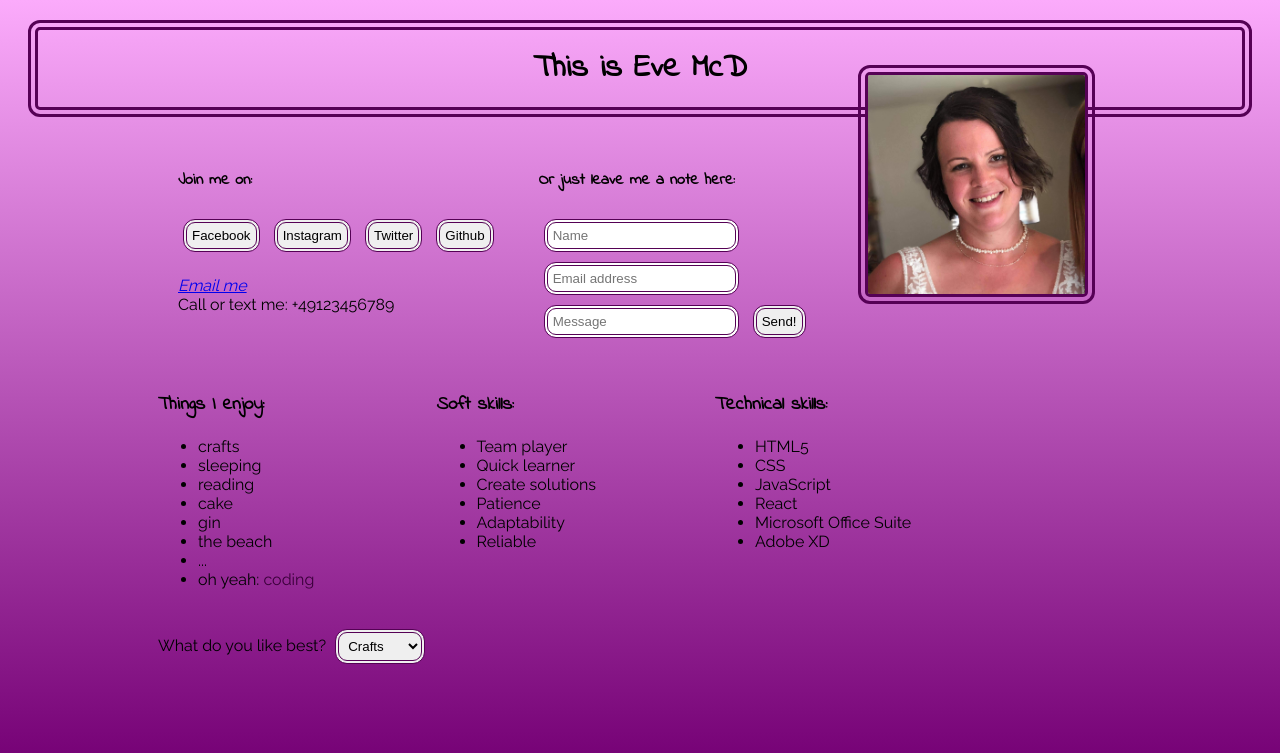
Repository: evemcd/Strive-Ignite-W1
Page: index.html
An editor plug-in stored every save of this project. The page is shown before and after the next save, followed by the edit.
The browser window is 1280 px wide. The pictures show the whole page.

Above is the page before, as saved 2021-01-17 23:13:13.

### index.html
<!DOCTYPE html>
<html>

<head>
    <title>Eve McDermott</title>
    <link rel="stylesheet" href="styles.css" />
    <link rel="preconnect" href="https://fonts.gstatic.com">
    <link rel="preconnect" href="https://fonts.gstatic.com">
    <link href="https://fonts.googleapis.com/css2?family=Indie+Flower&family=Raleway&display=swap" rel="stylesheet">
    <meta name="viewport" content="width=device-width, initial-scale=1.0">
</head>

<body>
    <div>
        <div class="header-title">
            <h1>This is Eve McD</h1>
        </div>
        <img src="Eve.jpg" class="header-image" alt="photo of Eve McD" />
    </div>
    <div class="container">
        <div class="div1">
            <h4>Join me on:</h4>
            <input type="button" href="www.facebook.com" value="Facebook" class="socialbutton" />
            <input type="button" href="www.instagram.com" value="Instagram" class="socialbutton" />
            <input type="button" href="www.twitter.com" value="Twitter" class="socialbutton" />
            <input type="button" href="www.github.com" value="Github" class="socialbutton" />
            <br><br>
            <address>
                <a href="mailto:eve@mcdermott.com">Email me </a>
            </address>
            Call or text me: +49123456789
            </p>
        </div>
        <div class="div1">
            <form>
                <h4>Or just leave me a note here:</h4>
                <input type="text" placeholder="Name" class="socialbutton" /><br>
                <input type="email" placeholder="Email address" class="socialbutton" /><br>
                <input type="text" placeholder="Message" class="socialbutton" />
                <input type="button" value="Send!" class="socialbutton" />
            </form>
        </div>
    </div>
    <section class="container-skills">
        <div class="div2">
            <h3>Things I enjoy:</h3>
            <ul>
                <li>crafts</li>
                <li>sleeping</li>
                <li>reading</li>
                <li>cake</li>
                <li>gin</li>
                <li>the beach</li>
                <li>...</li>
                <li>oh yeah: <span style="color: rgb(59, 0, 59);">coding</span></li>
            </ul><br>
            <label for="hobbies">What do you like best?</label>
            <select name="hobbies" id="hobbies" class="socialbutton">
                <option value="crafts">Crafts</option>
                <option value="sleeping">Sleeping</option>
                <option value="reading">Reading</option>
                <option value="cake">Cake</option>
                <option value="gin">Gin</option>
                <option value="beach">Beach</option>
                <option value="coding">Coding</option>
            </select>
        </div>
        <div class="div2">
            <h3>Soft skills:</h3>
            <ul>
                <li>Team player</li>
                <li>Quick learner</li>
                <li>Create solutions</li>
                <li>Patience</li>
                <li>Adaptability</li>
                <li>Reliable</li>
            </ul>
        </div>
        <div class="div2">
            <h3>Technical skills:</h3>
            <ul>
                <li>HTML5</li>
                <li>CSS</li>
                <li>JavaScript</li>
                <li>React</li>
                <li>Microsoft Office Suite</li>
                <li>Adobe XD</li>
            </ul>
        </div>
    </section>
    <br><br><br><br>

</body>

</html>

### styles.css
body {
    background: rgb(251, 171, 251);
    background: linear-gradient(180deg, rgba(251, 171, 251, 1) 0%, rgba(119, 3, 119, 1) 100%);
    font-family: Raleway;
}

.div1 {
    display: inline-block;
    /* width: 40%; */
    vertical-align: top;
    margin: 0px 20px 0px 20px;
}

.div2 {
    width: 25%;
}

.container {
    display: flex;
    flex-flow: column wrap;
    flex-direction: row;
    justify-content: flex-start;
    margin: 30px 0px 0px 150px;
}

.container-skills {
    display: flex;
    flex-flow: column wrap;
    flex-direction: row;
    justify-content: flex-start;
    margin: 30px 0px 0px 150px;
}

h1 {
    padding: 15px;
    margin: 20px;
    border: 10px double rgb(85, 1, 85);
    border-radius: 12px;
    text-align: center;
}

h1,
h2,
h3,
h4,
h5,
h6 {
    font-family: Indie Flower;
}

.textcenter {
    text-align: center;
}

.header-image {
    width: 17%;
    position: absolute;
    top: 9%;
    left: 67%;
    border: 10px double rgb(85, 1, 85);
    border-radius: 12px;
}

.socialbutton {
    border: 4px double rgb(85, 1, 85);
    border-radius: 12px;
    padding: 5px;
    margin: 5px;
}

@media screen and (max-width: 992px) {
    .div1 {
        display: inline-block;
        width: 100%;
        vertical-align: top;
    }

    .hobbies {
        margin-left: 10%;
    }
}

After the next save:
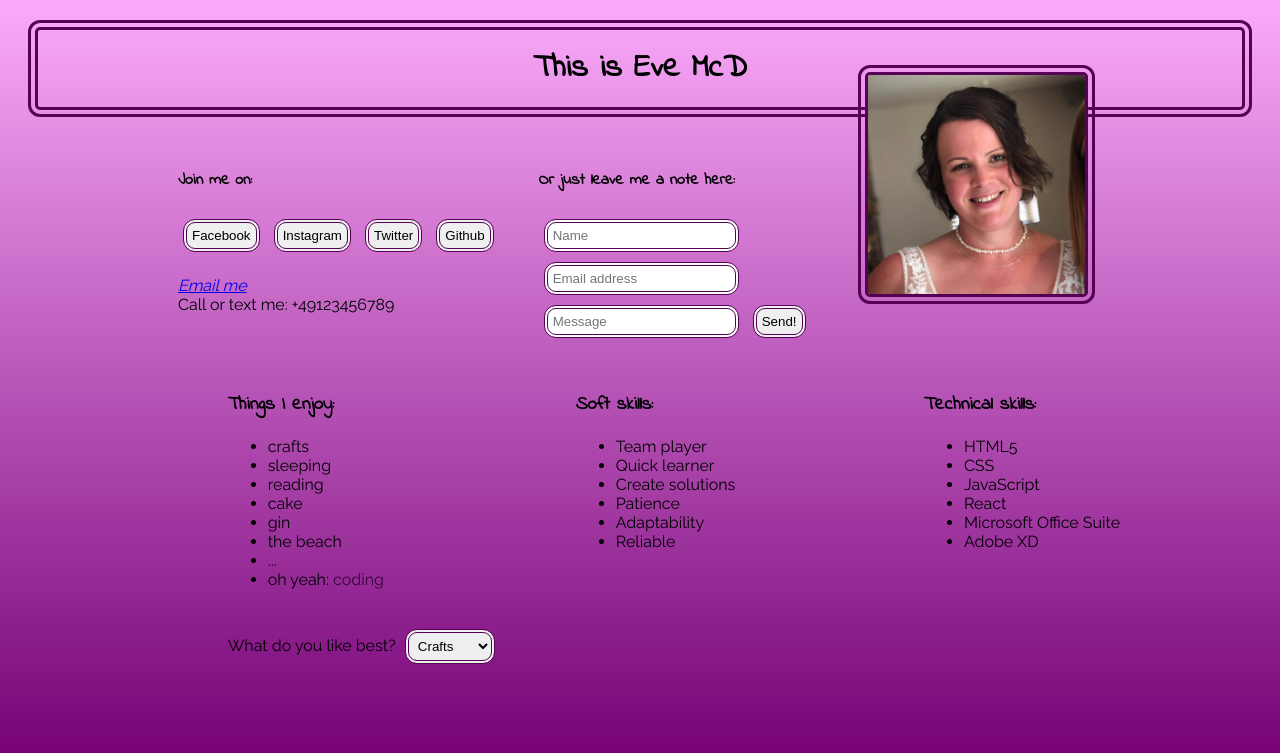
Saved 84 s later.
--- a/styles.css
+++ b/styles.css
@@ -27,7 +27,7 @@ body {
     display: flex;
     flex-flow: column wrap;
     flex-direction: row;
-    justify-content: flex-start;
+    justify-content: space-evenly;
     margin: 30px 0px 0px 150px;
 }
 
